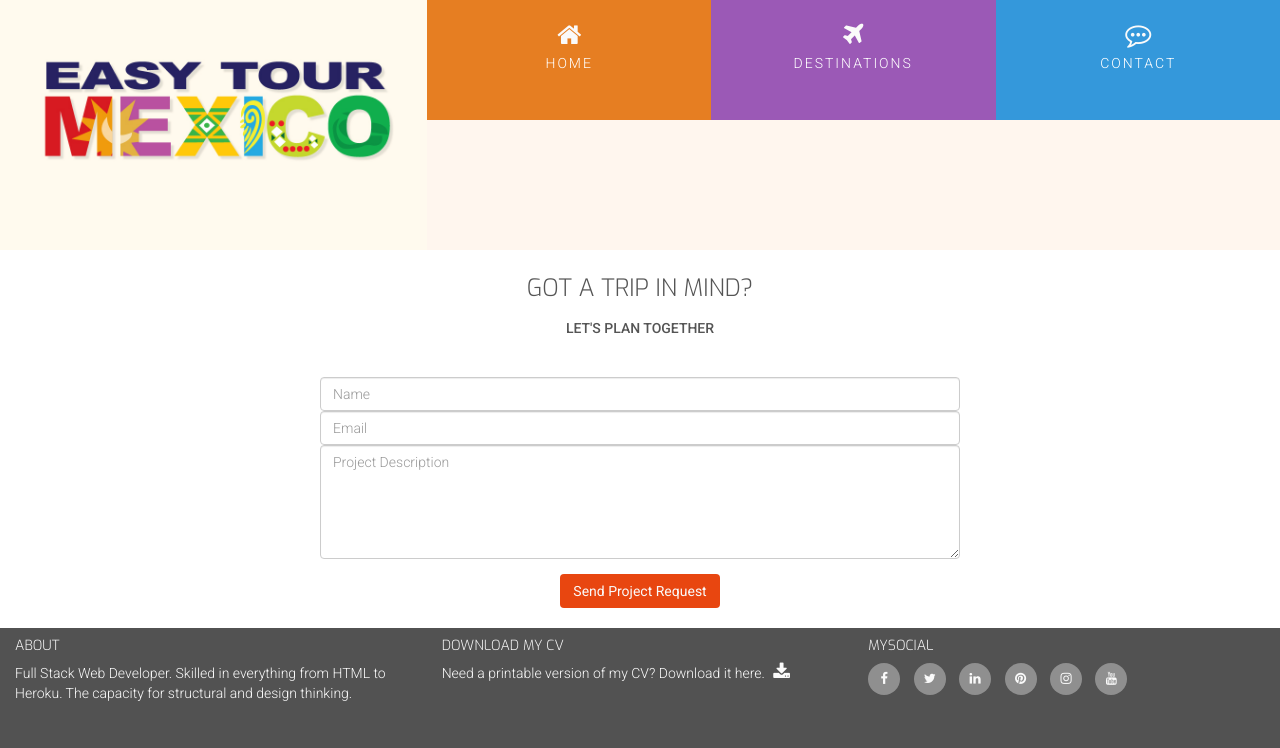
Repository: navegantemx/holiday-destination
Page: contact.html
The author's editor kept a record of every edit. The page is drawn from the files as they stood at one moment, then again after the next edit.
The browser window is 1280 px wide. The pictures show the whole page.
Some web libraries are served in a nearby version.

Above is the page before.
Console error: ReferenceError: emailjs is not defined

### contact.html
<!DOCTYPE html>
<html lang="en">
<head>
    <meta charset="UTF-8">
    <meta name="viewport" content="width=device-width, initial-scale=1.0">
    <meta http-equiv="X-UA-Compatible" content="ie=edge">
    <link rel="stylesheet" href="https://maxcdn.bootstrapcdn.com/bootstrap/3.3.7/css/bootstrap.min.css" type="text/css" />
    <link rel="stylesheet" href="https://maxcdn.bootstrapcdn.com/font-awesome/4.7.0/css/font-awesome.min.css" type="text/css" />
    <link rel="stylesheet" href="https://cdnjs.cloudflare.com/ajax/libs/hover.css/2.1.1/css/hover-min.css" type="text/css" />
    <link rel="stylesheet" href="assets/css/style.css" type="text/css" />
    <title>Holiday Destination - Mexico</title>
    <script type="text/javascript" src="https://cdn.jsdelivr.net/npm/emailjs-com@2.3.2/dist/email.min.js"></script>
    <script type="text/javascript">
        (function() {
            emailjs.init("user_2GIbzx1TMCLkqzR8gHQ3P");
        })();
    </script>
</head>
<body>
    <header class="container-fluid">
        <div class="row">
            <a href="index.html">
                <div class="col-md-4 logo"></div>
            </a>
            <div class="col-md-8">
                <div class="row">
                    <ul id="nav" class="list-inline clearfix">
                        <li class="col-xs-6 col-sm-4 ui-menu-color-home menuitem">
                            <a href="index.html" class="hvr-sweep-to-bottom"><i class="fa fa-home" aria-hidden="true"></i><span>Home</span></a>
                        </li>
                        <li class="col-xs-6 col-sm-4 ui-menu-color-resume menuitem">
                            <a href="resume.html" class="hvr-sweep-to-bottom"><i class="fa fa-plane" aria-hidden="true"></i><span>Destinations</span></a>
                        </li>
                        <li class="col-xs-6 col-sm-4 ui-menu-color-contact menuitem">
                            <a href="contact.html" class="hvr-sweep-to-bottom"><i class=" fa fa-commenting-o" aria-hidden="true"></i><span>Contact</span></a>
                        </li>
                    </ul>
                </div>
            </div>
        </div>
    </header>
    <section class="container-fluid ">
        <div class="row bg-color-contact">
            <div>
                <h3 class="contact-heading uppercase text-center">Got a Trip in mind?</h3>
                <h5 class="uppercase text-center">Let's plan together</h5>
            </div>
            <div class="center-form">
                <form onsubmit="return sendMail(this);">
                    <input type="text" name="name" class="form-control" id="fullname" placeholder="Name" required/>
                    <input type="text" name="emailaddress" class="form-control" id="emailaddress" placeholder="Email" required/>
                    <textarea rows="5" name="projectsummary" class="form-control" id="projectsummary" placeholder="Project Description" required></textarea>
                    <button type="submit" class="btn btn-secondary center-block">Send Project Request</button>
                </form>
            </div>
        </div>
    </section>
    <footer class="container-fluid ">
        <div id="footer-details " class="row ">
            <div class="col-sm-4 ">
                <h5 class="uppercase general-sub ">About</h5>
                <p class="inline-block ">
                    Full Stack Web Developer. Skilled in everything from HTML to Heroku. The capacity for structural and design thinking.
                </p>
            </div>
            <div class="col-sm-4 ">
                <h5 class="uppercase general-sub ">Download My CV</h5>
                <p class="inline-block ">
                    Need a printable version of my CV? Download it here.
                    <a href="assets/cv/sample-cv.pdf" target="_blank" class="cv-pdf "><i class="fa fa-download " aria-hidden="true "></i></a>
                </p>
            </div>
            <div class="col-sm-4 ">
                <h5 class="uppercase general-sub ">MySocial</h5>
                <ul class="list-inline social-links ">
                    <li><a target="_blank " href="# "><i class="fa fa-facebook "></i></a></li>
                    <li><a target="_blank " href="# "><i class="fa fa-twitter "></i></a></li>
                    <li><a target="_blank " href="# "><i class="fa fa-linkedin "></i></a></li>
                    <li><a target="_blank " href="# "><i class="fa fa-pinterest "></i></a></li>
                    <li><a target="_blank " href="# "><i class="fa fa-instagram "></i></a></li>
                    <li><a target="_blank " href="# "><i class="fa fa-youtube "></i></a></li>
                </ul>
            </div>
        </div>
    </footer>
    <script src="assets/js/sendEmail.js"></script>
</body>
</html>

### assets/css/style.css
@import url('https://fonts.googleapis.com/css?family=Roboto:100,200,300,400,500,600,700|Exo:100,200,300,400,500,600,700');

/*--------------------------------------------Colors*/

.bg-color-name-title {
    background-color: #676767;
}

.bg-color-three-reasons {
    background-color: #ffffff;
}

.bg-color-personal-info {
    background-color: #f4f4f4;
}

.bg-color-skills {
    background-color: #ffffff;
}

.bg-color-work-history {
    background-color: #9b59b6;
}

.bg-color-contact {
    background-color: #ffffff;
}

.bg-color-conferences {
    background-color: #f4f4f4;
}

.bg-color-groups {
    background-color: #ffffff;
}

.ui-menu-color-home {
    background-color: #e67e22;
}

.ui-menu-color-resume {
    background-color: #9b59b6;
}

.ui-menu-color-contact {
    background-color: #3498db;
}

.ui-menu-color-download {
    background-color: #d9a81d;
}


.ui-menu-color-github {
    background-color: #1c4a6c;
}

.ui-menu-color-interests {
    background-color: #e74c3c;
}




body {
    font-family: Roboto, sans-serif;
    font-weight: 300;
    background-color: #FFF6EE;
    color: #555555;
}


/*--------------------------------------------Special Paddings/Margins/Text*/

h1,
h2,
h3,
h4 {
    margin: 0;
}

.uppercase {
    text-transform: uppercase;
}

.general-sub {
    font-family: "Exo", sans-serif;
    font-weight: 300;
    color: #fafafa;
}

.inline-block {
    display: inline-block;
}


.row-table {
    display: table;
}

.history-heading,
.section-heading {
    font-family: "Exo", sans-serif;
    font-weight: 300;
    margin-top: 25px;
    margin-bottom: 40px;
}


/*--------------------------------------------Heading*/

header {
    margin: 0;
}

.heading {
    margin-left: 50px;
}

.logo {
    background: url("../images/mexico.jpg");
    background-position: center;
    background-repeat: no-repeat;
    background-size: cover;
    min-height: 250px;
    transition: all .5s ease-in-out;
    -moz-transition: all .5s ease-in-out;
    -webkit-transition: all .5s ease-in-out;
}

.name {
    font-family: "Exo", sans-serif;
    font-weight: 100;
    font-size: 46px;
    margin-top: 50px;
    color: #ffffff;
}

.title {
    font-family: "Roboto", sans-serif;
    font-weight: 200;
    font-size: 28px;
    margin-top: 20px;
    margin-bottom: 90px;
    color: #ffffff;
}

#nav {
    margin: 0;
}

#nav li {
    padding: 0;
}

.menuitem {
    height: 120px;
    text-align: center;
    padding: 0;
}

.menuitem a {
    width: 100%;
    text-decoration: none;
    color: #ffffff;
    height: 120px;
}


.menuitem a i {
    padding-top: 22px;
    display: block;
    color: #fafafa;
    font-size: 26px;
}

.menuitem span {
    display: block;
    width: 100%;
    padding-top: 5px;
    text-align: center;
    text-transform: uppercase;
    font-size: 14px;
    font-weight: 300;
    letter-spacing: 2px;
}


/*--------------------------------------------Hover.css*/

.hvr-sweep-to-bottom:before {
    background: rgba(0, 0, 0, 0.2);
    height: 120px;
}


/*--------------------------------------------Footer*/

footer {
    background-color: #525252;
    color: #fafafa;
    min-height: 120px;
    margin: 0;
}

footer .cv-pdf i {
    color: #fafafa;
    text-align: center;
    font-size: 18px;
    padding-left: 5px;
}

footer .cv-pdf i:hover {
    color: #e84610;
    transition: all 0.35s ease-in-out;
    -moz-transition: all 0.35s ease-in-out;
    -webkit-transition: all 0.35s ease-in-out;
    -o-transition: all 0.35s ease-in-out;
}

.social-links {
    padding-bottom: 15px;
}

.social-links li a i {
    width: 32px;
    height: 32px;
    padding: 12px 0;
    border-radius: 50%;
    font-size: 13px;
    line-height: 7px;
    text-align: center;
    color: #fafafa;
    background: #8f8f8f;
    transition: all 0.35s ease-in-out;
    -moz-transition: all 0.35s ease-in-out;
    -webkit-transition: all 0.35s ease-in-out;
    -o-transition: all 0.35s ease-in-out;
}

.social-links li a i:hover {
    background: #e84610;
}

#footer-details {
    margin: 20px;
}

/*--------------------------------------------Three Reasons*/

.three-reasons-icon {
    font-size: 26px;
    color: #e67e22;
}

.three-reasons-heading {
    margin-bottom: 15px;
}

/*--------------------------------------------Personal Info*/

.personal-info-item {
    margin-bottom: 20px;
    display: block;
    clear: both;
}

.personal-info-item .key,
.personal-info-item .value {
    padding-right: 8px;
}

.personal-info-item .key p,
.personal-info-item .value p {
    margin: 0;
}

.personal-info-item .key {
    display: inline-block;
    width: 30%;
    margin-right: 21px;
    padding-top: 2px;
    vertical-align: top;
}

.personal-info-item .key p {
    font-weight: 700;
}

.personal-info-item .value {
    display: inline-block;
    position: relative;
    width: 60%;
}

/*--------------------------------------------Skills*/

.progress {
    position: relative;
    height: 25px;
}

.progress-type {
    position: absolute;
    left: 0px;
    font-weight: 400;
    padding: 3px 30px 2px 10px;
    color: #fafafa;
    background-color: rgba(25, 25, 25, 0.2);
}


.progress-section {
    margin: 40px 20px;
}


/*--------------------------------------------Work History*/

.timeline-item {
    padding: 4em 2em 0em 2em;
    position: relative;
    color: #fafafa;
    border-left: 1px solid;
}

.timeline-item p {
    padding: 0;
    margin: 0;
}

.timeline-item::before {
    content: attr(data-dates);
    position: absolute;
    left: 2.5em;
    top: 3em;
    display: block;
    font-family: "Exo", sans-serif;
    font-weight: 500;
    font-size: .8em;
    padding: 0;
    margin: 0;
}

.timeline-item::after {
    width: 12px;
    height: 12px;
    display: block;
    top: 2.4em;
    position: absolute;
    left: -6px;
    border-radius: 12px;
    content: '';
    background: #fafafa;
}

.history-heading {
    color: #fafafa;
    margin-bottom: 50px;
}

.history-items {
    margin-bottom: 30px;
}

/*--------------------------------------------Contact*/

.contact-heading {
    font-family: "Exo", sans-serif;
    font-weight: 300;
    margin-top: 25px;
    margin-bottom: 20px;
}


.center-form {
    padding-top: 10px;
    margin: 0 auto;
    max-width: 70%;
}

button[type="submit"] {
    margin-top: 15px;
    margin-bottom: 20px;
    background-color: #e84610;
    color: #fafafa;
}

/*--------------------------------------------Map*/
div#map {
    min-height: 360px;
}

/*--------------------------------------------Media Queries*/

@media(min-width: 992px) {
    .section-column {
        padding: 0 0 0;
        float: none;
        display: table-cell;
    }

    .center-form {
        padding-top: 30px;
        min-height: 240px;
        margin: 0 auto;
        max-width: 50%;
    }
}

Loaded but not shown: assets/js/sendEmail.js (no copy from this time; the picture is the same without it)

After the next edit:
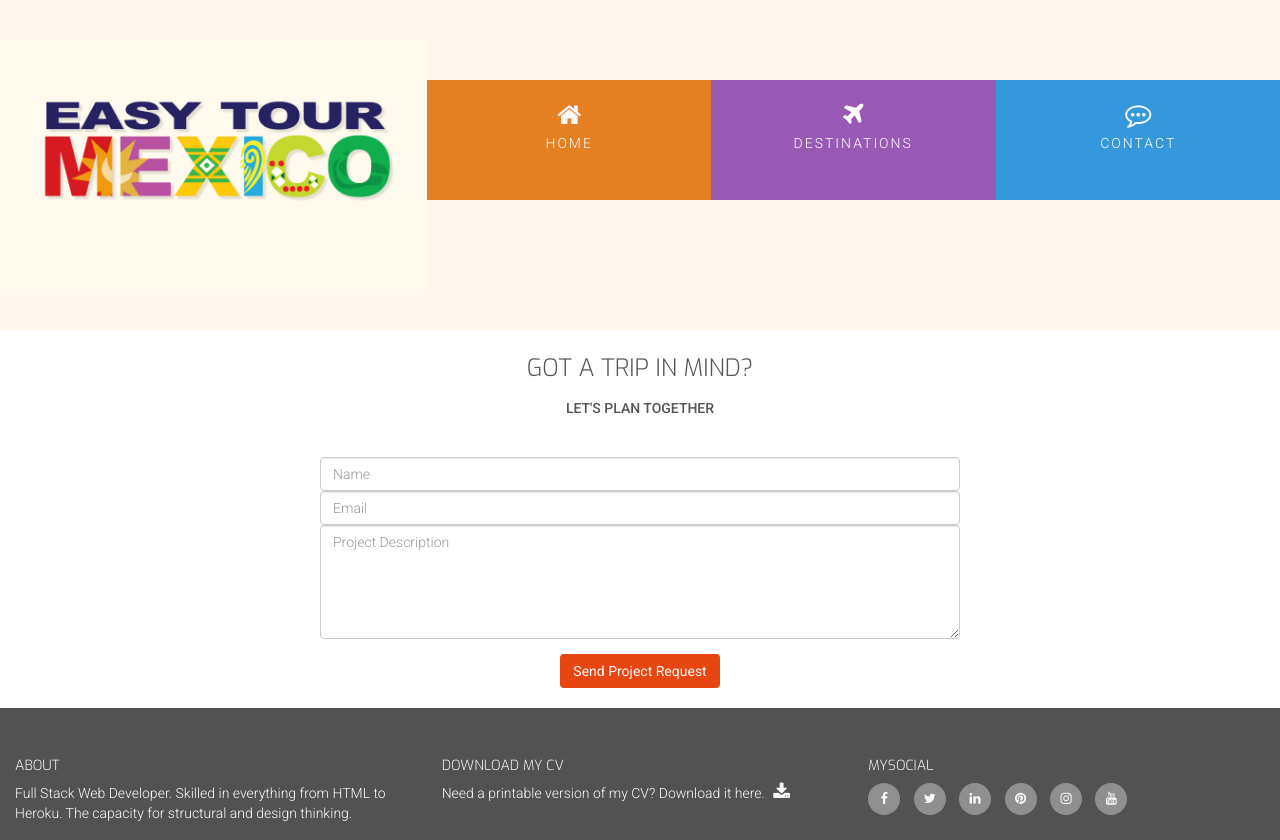
The edit:
--- a/assets/css/style.css
+++ b/assets/css/style.css
@@ -115,6 +115,12 @@
 
 .heading {
     margin-left: 50px;
+}
+
+.row {
+    margin-right: -15px;
+    margin-left: -15px;
+    margin-top: 40px;
 }
 
 .logo {
